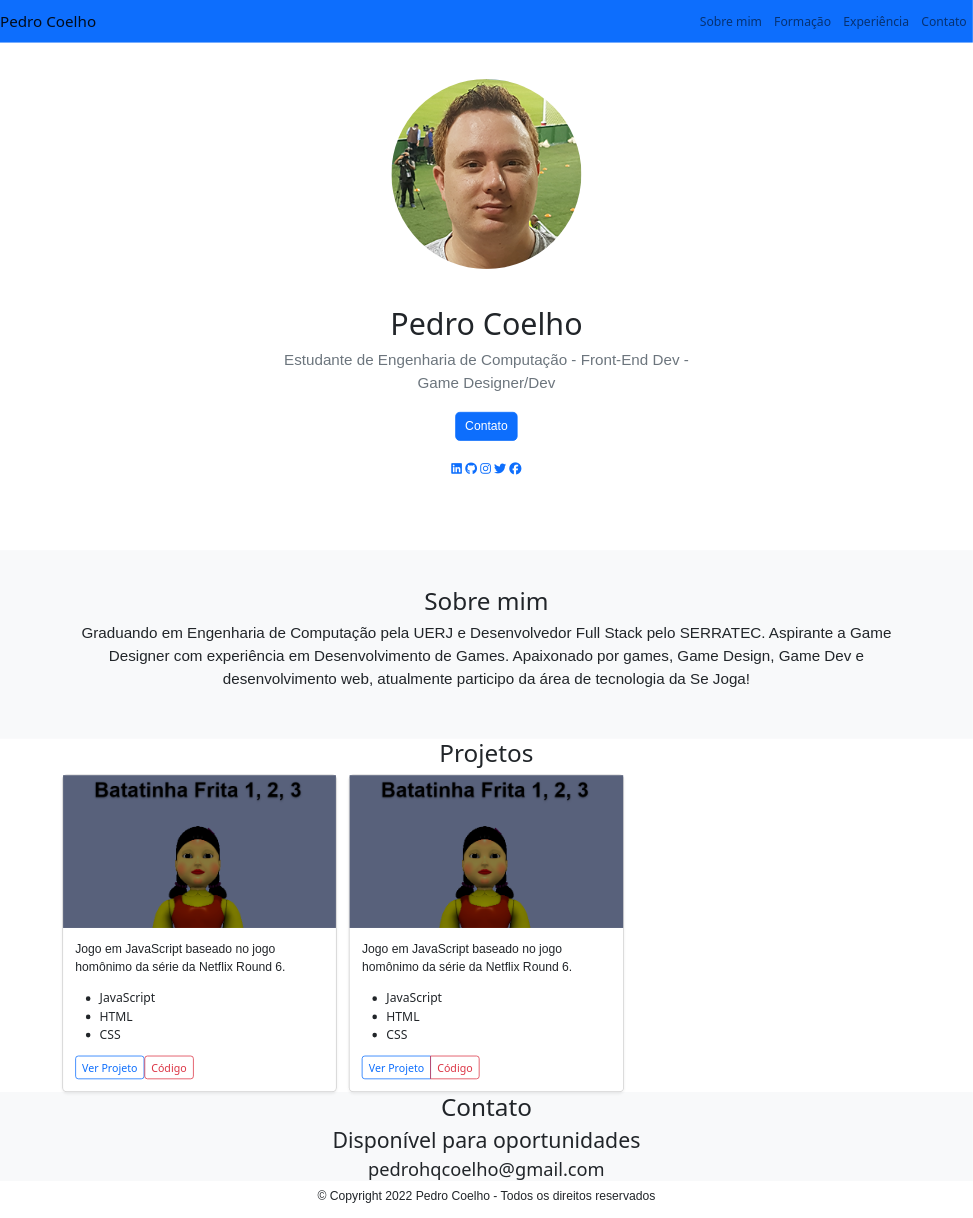
Repository: PedroHQCoelho/portfolio
Page: index.html
These files come from the project's save history. The page is drawn as it stood at one moment and after the next save; the edit follows.
The browser window is 1280 px wide. The pictures show the whole page, at 76% of full size.
Some web libraries are served in a nearby version.

Above is the page before, as saved 2022-05-26 18:45:38.

### index.html
<!DOCTYPE html>
<html lang="pt-BR">
<head>
    <meta charset="UTF-8">
    <meta http-equiv="X-UA-Compatible" content="IE=edge">
    <meta name="viewport" content="width=device-width, initial-scale=1.0">
    <title>Pedro Coelho - Portfólio</title>
    <link href="https://cdn.jsdelivr.net/npm/bootstrap@5.2.0-beta1/dist/css/bootstrap.min.css" rel="stylesheet" integrity="sha384-0evHe/X+R7YkIZDRvuzKMRqM+OrBnVFBL6DOitfPri4tjfHxaWutUpFmBp4vmVor" crossorigin="anonymous">
    <script src="https://cdn.jsdelivr.net/npm/bootstrap@5.2.0-beta1/dist/js/bootstrap.bundle.min.js" integrity="sha384-pprn3073KE6tl6bjs2QrFaJGz5/SUsLqktiwsUTF55Jfv3qYSDhgCecCxMW52nD2" crossorigin="anonymous"></script>
    <script src="https://cdn.jsdelivr.net/npm/@popperjs/core@2.11.5/dist/umd/popper.min.js" integrity="sha384-Xe+8cL9oJa6tN/veChSP7q+mnSPaj5Bcu9mPX5F5xIGE0DVittaqT5lorf0EI7Vk" crossorigin="anonymous"></script>
    <script src="https://cdn.jsdelivr.net/npm/bootstrap@5.2.0-beta1/dist/js/bootstrap.min.js" integrity="sha384-kjU+l4N0Yf4ZOJErLsIcvOU2qSb74wXpOhqTvwVx3OElZRweTnQ6d31fXEoRD1Jy" crossorigin="anonymous"></script>
    <script src="https://kit.fontawesome.com/65e0a77774.js" crossorigin="anonymous"></script>
    <link rel="stylesheet" href="style.css">
</head>
<body>
    <nav class="navbar navbar-expand-lg navbar-light bg-primary">
        <a class="navbar-brand" href="#">Pedro Coelho</a>
        <button class="navbar-toggler" type="button" data-toggle="collapse" data-target="#navbarSupportedContent" aria-controls="navbarSupportedContent" aria-expanded="false" aria-label="Toggle navigation">
          <span class="navbar-toggler-icon"></span>
        </button>

        <div class="collapse navbar-collapse" id="navbarSupportedContent">
          <ul class="navbar-nav me-auto">

          </ul>
          <ul class="navbar-nav">
            <li class="nav-item">
                <a class="nav-link" href="#">Sobre mim</a>
            </li>
            <li class="nav-item">
                <a class="nav-link" href="#">Formação</a>
            </li>
            <li class="nav-item">
                <a class="nav-link" href="#">Experiência</a>
            </li>
            <li class="nav-item">
                <a class="nav-link" href="#">Contato</a>
            </li>
          </ul>
        </div>
    </nav>

    <section class="py-5 text-center container">
        <img class="foto-perfil" src="img/foto-rosto.png" alt="foto perfil">
        <div class="row py-lg-5">
            <div class="col-lg-6 col-md-8 mx-auto">
            <h1 class="fw-light">Pedro Coelho</h1>
            <p class="lead text-muted">Estudante de Engenharia de Computação - Front-End Dev - Game Designer/Dev</p>
            <p>
              <a href="#" class="btn btn-primary my-2">Contato</a>
            </p>
            <a href="https://www.linkedin.com/in/pedrohqcoelho/" target="_blank" title="Linkedin - Pedro Coelho"><i class="fab fa-linkedin"></i></a>
            <a href="https://github.com/PedroHQCoelho" target="_blank" title="Github - PedroHQCoelho"><i class="fab fa-github"></i></a>
            <a href="https://www.instagram.com/pedro.hq.coelho/" target="_blank" title="Instagram - @pedro.hq.coelho"><i class="fab fa-instagram"></i></a>
            <a href="https://twitter.com/pedrohqcoelho" target="_blank" title="Twitter - @pedrohqcoelho"><i class="fab fa-twitter"></i></a>
            <a href="https://www.facebook.com/pedrohqcoelho" target="_blank" title="Facebook - Pedro Coelho"><i class="fab fa-facebook"></i></a>
          </div>
        </div>
    </section>

    <div class="album py-5 bg-light">

        <!--Sobre mim-->

        <section class="jumbotron text-center">
          <div class="container">
            <h2 class="jumbotron heading">Sobre mim</h2>
            <p class="lead">
              Graduando em Engenharia de Computação pela UERJ e Desenvolvedor Full Stack pelo SERRATEC.
              Aspirante a Game Designer com experiência em Desenvolvimento de Games.
              Apaixonado por games, Game Design, Game Dev e desenvolvimento web, atualmente participo da área de tecnologia da Se Joga!
            </p>
          </div>
        </section>
      </div>

        <!--Projetos-->

        <div class="container">
          <h2 class="jumbotron heading text-center">Projetos</h2>
          <div class="row row-cols-1 row-cols-sm-2 row-cols-md-3 g-3">
            <div class="col">
              <div class="card shadow-sm">
                <img src="img/batatinhafrita123.png" alt="">
                <div class="card-body">
                  <p class="card-text">Jogo em JavaScript baseado no jogo homônimo da série da Netflix Round 6.</p>
                  <ul>
                    <li>JavaScript</li>
                    <li>HTML</li>
                    <li>CSS</li>
                  </ul>
                  <div class="d-flex justify-content-between align-items-center">
                    <div class="btn-group">
                      <a href="https://batatinha-frita-1-2-3.netlify.app/" target="_blank" rel="noopener noreferrer">
                        <button type="button" class="btn btn-sm btn-outline-primary">Ver Projeto</button>
                      </a>
                      <a href="https://github.com/PedroHQCoelho/batatinha-frita-1-2-3" target="_blank" rel="noopener noreferrer">
                        <button type="button" class="btn btn-sm btn-outline-danger">Código</button>
                      </a>
                    </div>
                  </div>
                </div>
              </div>
            </div>
            <div class="col">
              <div class="card shadow-sm">
                <img src="img/batatinhafrita123.png" alt="">
                <div class="card-body">
                  <p class="card-text">Jogo em JavaScript baseado no jogo homônimo da série da Netflix Round 6.</p>
                  <ul>
                    <li>JavaScript</li>
                    <li>HTML</li>
                    <li>CSS</li>
                  </ul>
                  <div class="d-flex justify-content-between align-items-center">
                    <div class="btn-group">
                      <button type="button" class="btn btn-sm btn-outline-primary">Ver Projeto</button>
                      <button type="button" class="btn btn-sm btn-outline-danger">Código</button>
                    </div>
                  </div>
                </div>
              </div>
            </div>
          </div>
        </div>

        <!--Contato-->
        <section>
          <div class="container-fluid bg-light">
            <h2 class="jumbotron heading text-center">Contato</h2>
            <h3 class="text-center">Disponível para oportunidades</h3>
            <h4 class="text-center">pedrohqcoelho@gmail.com</h4>
          </div>
        </section>

        <!--Footer-->
        <footer class="text-center">
          <p>© Copyright 2022 Pedro Coelho - Todos os direitos reservados</p>
        </footer>
</body>
</html>

### style.css
.foto-perfil {
    height: 100%;
    width: auto;
    max-width: 100%;
    border-radius: 50%;
}

p {
    font-family:Arial, Helvetica, sans-serif;
}

After the next save:
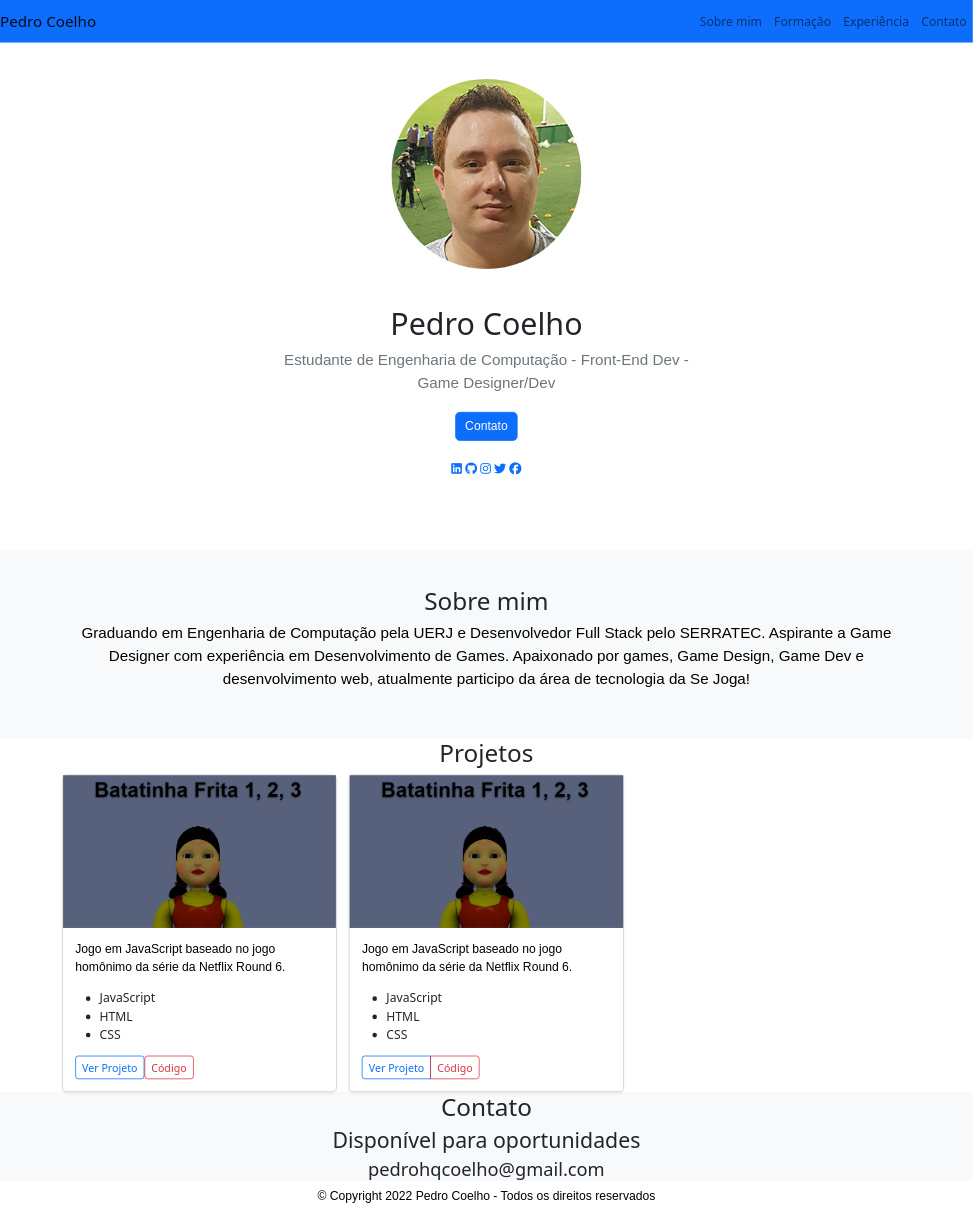
Saved 52 s later.
--- a/style.css
+++ b/style.css
@@ -7,4 +7,5 @@
 
 p {
     font-family:Arial, Helvetica, sans-serif;
+    color: black !important;
 }
